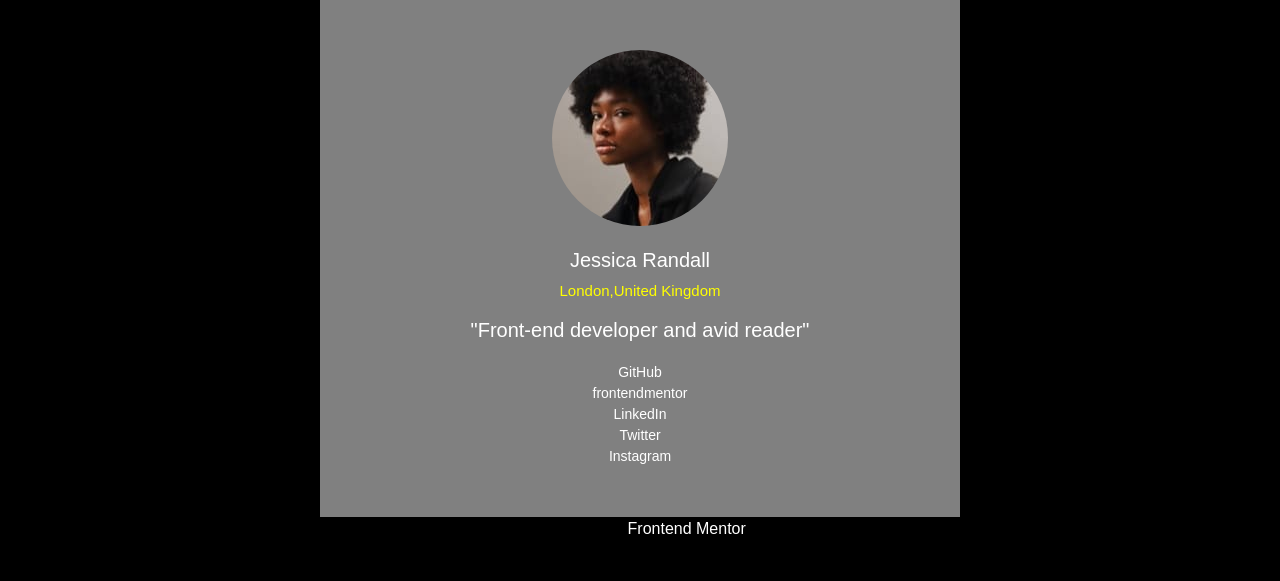
Repository: JosephAbatan05/Social-links-profile
Page: social-links-profile-main/index.html
The author's editor kept a copy of each file at every save. The page is drawn from the files as they stood at one save, then again after a run of saves.
The browser window is 1280 px wide. The pictures show the whole page.

Above is the page before, as saved 2025-01-26 16:07:40.

### social-links-profile-main/index.html
<!DOCTYPE html>
<html lang="en">
<head>
  <meta charset="UTF-8">
  <meta name="viewport" content="width=device-width, initial-scale=1.0"> <!-- displays site properly based on user's device -->

  <link rel="icon" type="image/png" sizes="32x32" href="./assets/images/favicon-32x32.png">

  <title>Frontend Mentor | Social links profile</title>
<link rel="stylesheet" href="styles.css">

  <!-- Feel free to remove these styles or customise in your own stylesheet 👍 --<style>
    .attribution { font-size: 11px; text-align: center; }
    .attribution a { color: hsl(228, 45%, 44%); }
  </style>
</head>
<body>

  Jessica Randall
  London, United Kingdom
  "Front-end developer and avid reader."

  GitHub
  Frontend Mentor
  LinkedIn
  Twitter
  Instagram


-->

<div class="container">
  <img src="assets\images\avatar-jessica.jpeg" >

<div id="name">Jessica Randall</div>
<div class="description">London,United Kingdom</div>
<div class="about">"Front-end developer and avid reader"</div>
<div id="fa-links-container">
    <div><a href="https://github.com" >GitHub</a></div>



    <div><a href="https://frontendmentor.com" >frontendmentor</a></div>




    <div><a href="https://Linkeldn.com" >LinkedIn</a></div>




    <div><a href="https://Twitter.com" >Twitter</a></div>




    <div><a href="https://Instagram.com" >Instagram</a></div>









</div>


</div>
<div class="attribution">
  Challenge by <a href="https://www.frontendmentor.io?ref=challenge" target="_blank">Frontend Mentor</a>.
</div>

</body>
</html>

### social-links-profile-main/styles.css
body{
    margin:0;
    padding:0;
    box-sizing: border-box;
    background-color: black;
    font-family: sans-serif;
}
.container{
    text-align: center;
    margin: 0 auto;
    font-size:14px;
    background-color: grey;
    max-width: 50%;
    padding: 50px 0;
}
img{
    border-radius:50%;


}
.container #name{
    color:white;
    margin-top: 20px;
    font-size:20px;
}

.container .description{
    color:yellow;
    margin-top: 10px;
    font-size: 15px;
}
.container .about{
    margin-top:20px;
    color:white;
    font-size: 20px;
    margin-bottom: 20px;
}

.fa-links-container{
    margin-top:20px;
    padding:10px;
    text-align: center;

}

.fa-links-container div a{
    padding:10px;
    border-radius:5px;
    color:white;
    margin:0  auto;
   margin-top: 5px;
   font-weight:bold;
   background-color: hsl(0%, 0%, 20%);
   max-width:300px;
}
a{
    border: none;
    text-decoration: none;
    padding-top:10px;
    color: white;
    margin:10px;
    line-height: 1.5;
}


.attribution{
    text-align:center;
    text-decoration: none;
}

After the next 2 saves:
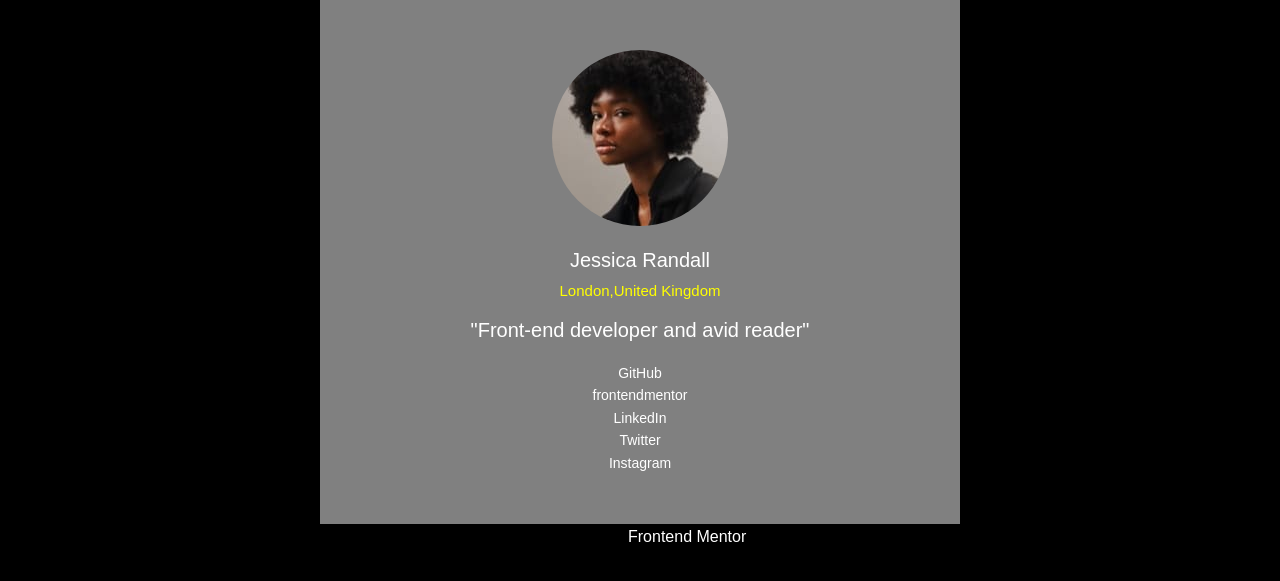
The 2 saves are shown as one change because they came seconds apart.
The last was saved 9 s later.
--- a/social-links-profile-main/styles.css
+++ b/social-links-profile-main/styles.css
@@ -58,8 +58,7 @@ a{
     text-decoration: none;
     padding-top:10px;
     color: white;
-    margin:10px;
-    line-height: 1.5;
+    line-height: 1.6;
 }
 
 
